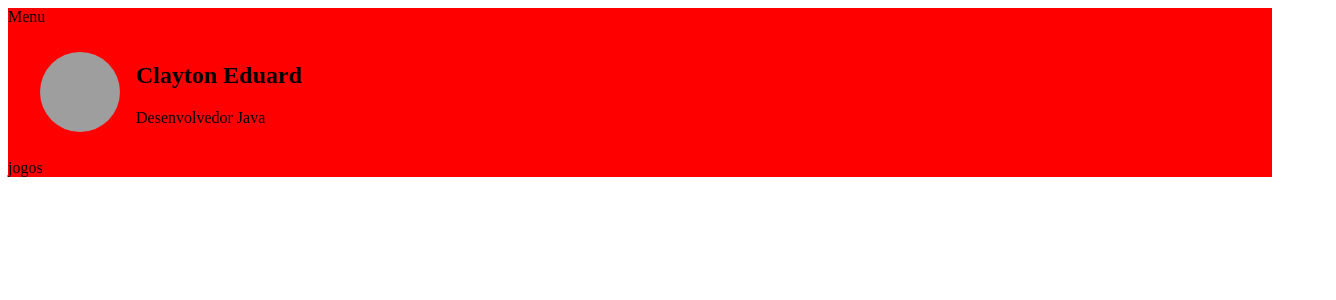
Repository: ClaytonEduard/imersaoaluratube
Page: /
These files come from the project's save history. The page is drawn as it stood at one moment and after the next save; the edit follows.
The browser window is 1280 px wide. The page is 1336 px wide, so the pictures cover 1336 px, including what lies to the right of the window. The pictures show the whole page.
Pictures or frames that could not be fetched are drawn as grey boxes. The project was rebuilt for these pictures with package versions that can differ from the ones it lists, and the page was loaded fresh each time. The framework's server and built-in components were replaced by stand-ins that run in the browser. Also part of the build but not shown: next.config.js.

Above is the page before, as saved 2022-11-10 23:52:17.

After the next save:
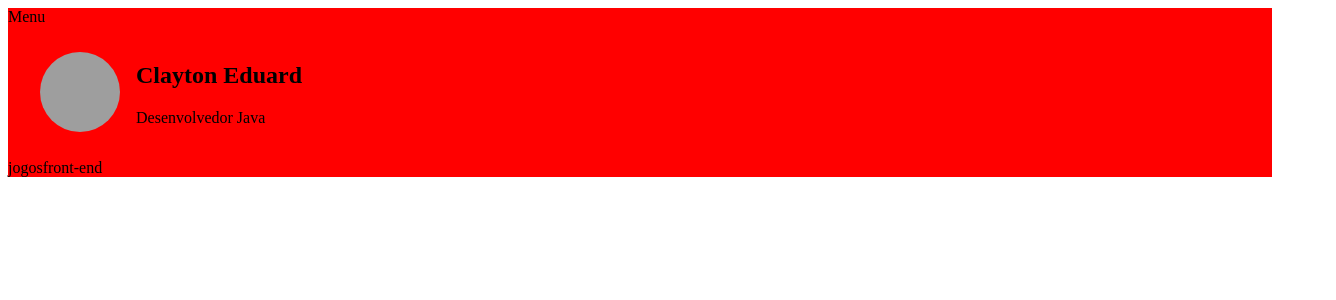
Saved 109 s later.
--- a/config.json
+++ b/config.json
@@ -9,6 +9,13 @@
                 "url": "http://",
                 "thumb": "thumbmail do video"
             }
+        ],
+        "front-end": [
+            {
+                "title": "Algum titulo",
+                "url": "http://",
+                "thumb": "thumbmail do video"
+            }
         ]
     }
 }
